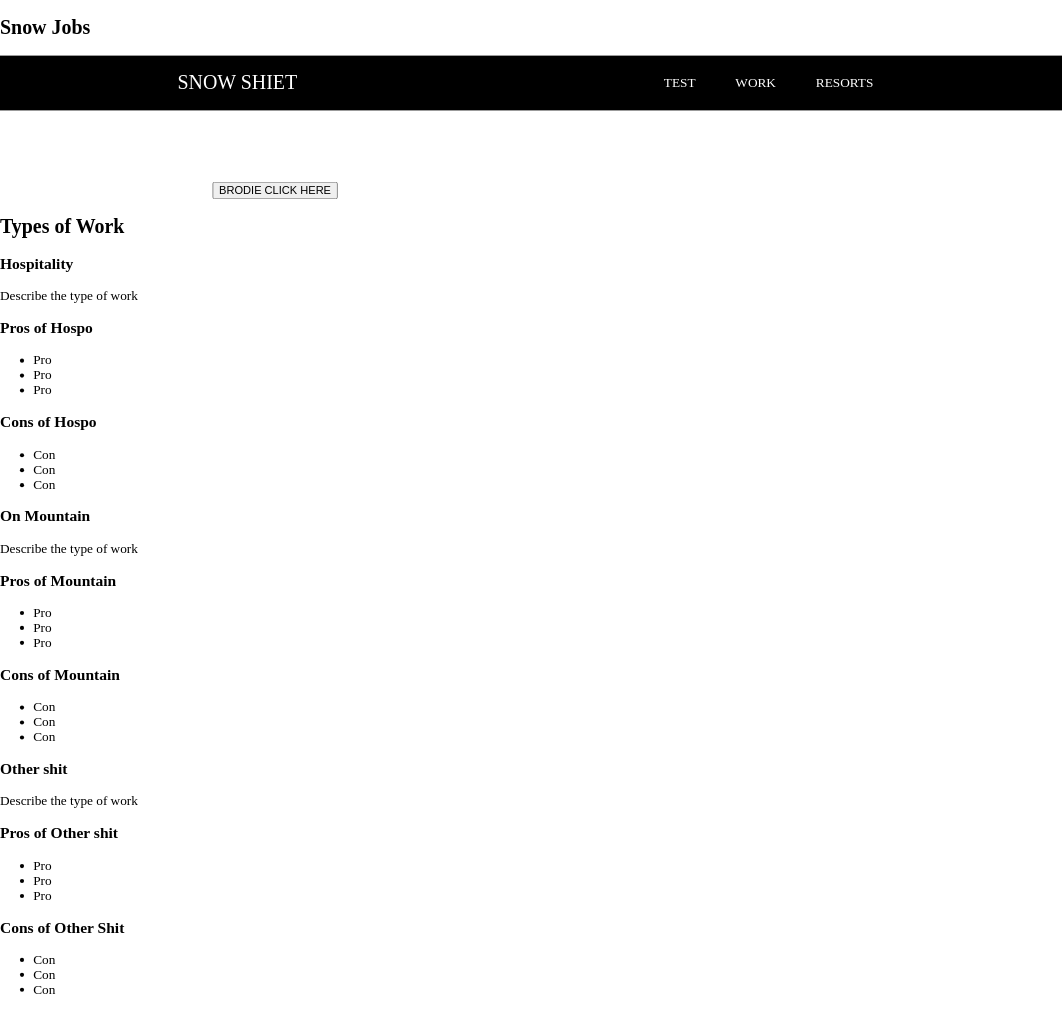
Repository: Jet-Gill-Lee/SnowSite
Page: work-overview.html
These files come from the project's save history. The page is drawn as it stood at one moment and after the next save; the edit follows.
The browser window is 1280 px wide. The pictures show the whole page, at 83% of full size.

Above is the page before, as saved 2021-07-24 23:48:54.

After the next save:
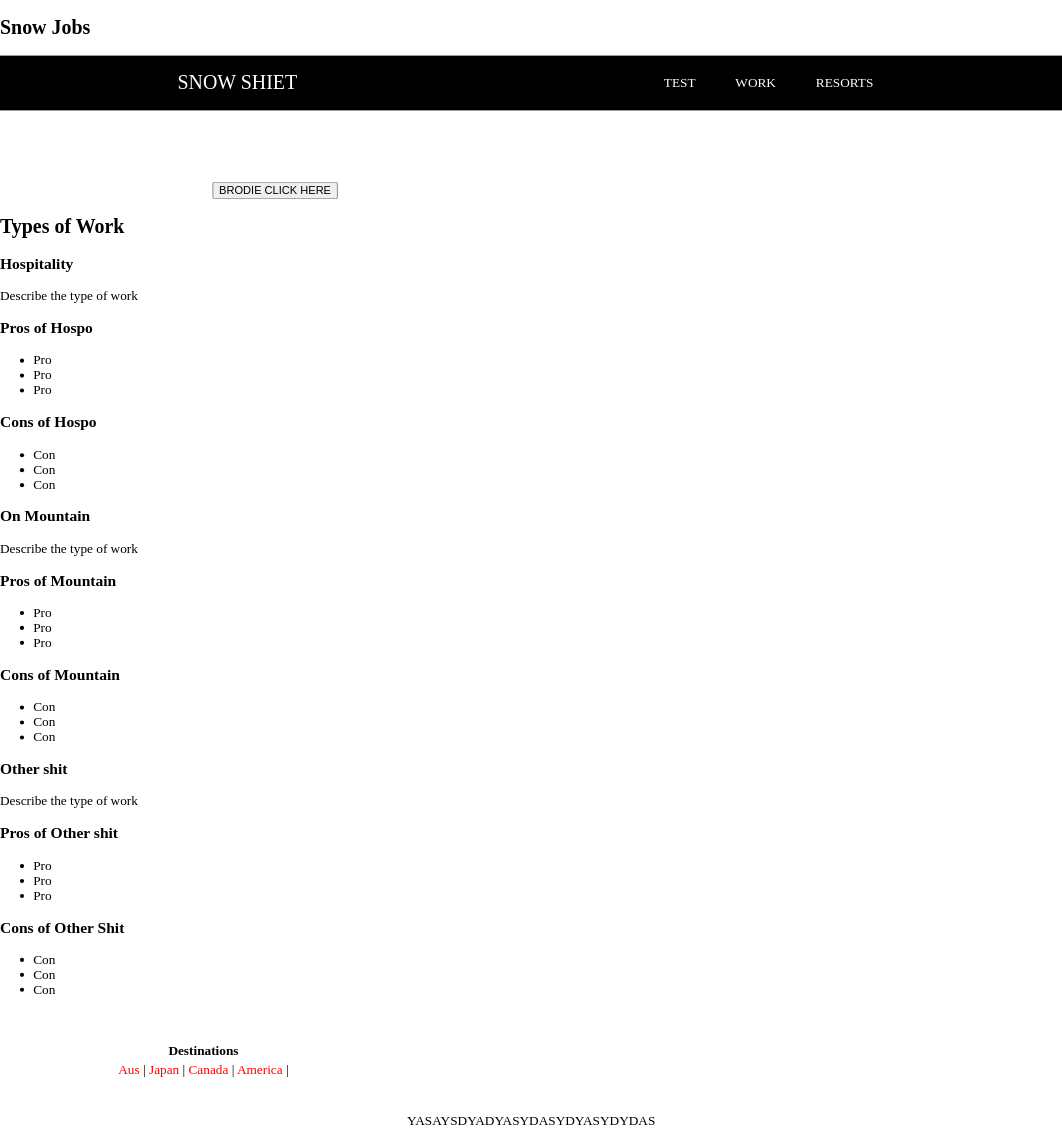
Saved 22 s later.
--- a/work-overview.html
+++ b/work-overview.html
@@ -134,6 +134,16 @@
           </div>
         </section>
     <!-- FOOTER -->
-
+    <div class="footer-flex-item flex-links">
+      <div class="link-wrapper">
+          <h4>Destinations</h4>
+        <a href="country.html">Aus</a> <span> | </span>
+        <a href="country.html">Japan</a> <span> | </span>
+        <a href="country.html">Canada</a> <span> | </span>
+        <a href="country.html">America</a> <span> | </span>
+      </div>
+    </div>
+  </div>
+  <div class="copyright">YASAYSDYADYASYDASYDYASYDYDAS</div>
 </body>
 </html>
